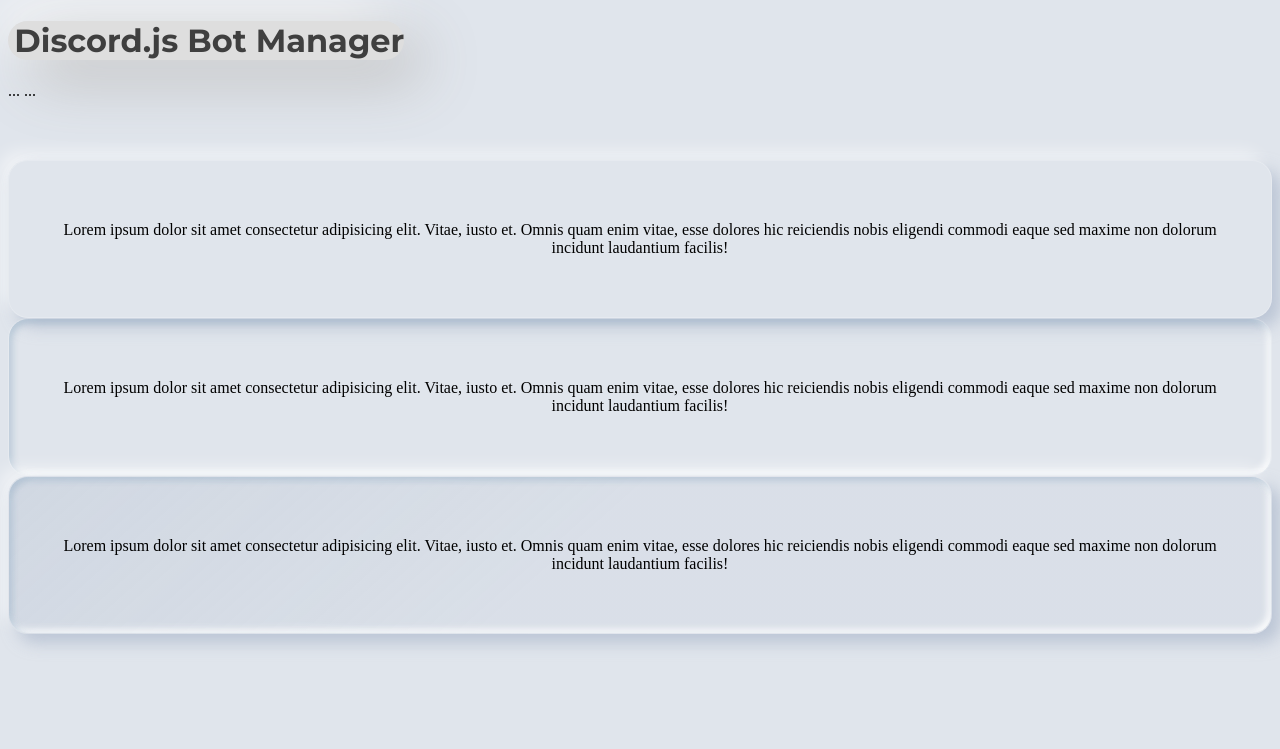
Repository: O-Schell/Discord-Bot-Manager
Page: Web_Interface/main.HTML
The author's editor kept a copy of each file at every save. The page is drawn from the files as they stood at one save, then again after the next save.
The browser window is 1280 px wide. The pictures show the whole page.
The style sheet was rebuilt from its Sass, Less or Tailwind sources for each picture, by a compiler version that may differ from the author's.

Above is the page before, as saved 2020-11-22 23:31:14.
Not found: Web_Interface/script.js

### Web_Interface/main.HTML
<!DOCTYPE html>
<html lang="fr">

<head>
    <meta charset="utf-8" />
    <title>Titre de la page</title>
    <link rel="stylesheet" href="style.css" />
    <script src="script.js"></script>
</head>

<body>
    <div class="container">

        <h1>Discord.js Bot Manager </h1>
        ...
        <!-- Le reste du contenu -->
        ...
    </div>

    <div class="container wrapper">
        <div class="row">
          <div class="card-w col-md-4">
          <div class="card neumorphism">
          <div class="card__icon">

          </div>
          <div class="card__text">
            Lorem ipsum dolor sit amet consectetur adipisicing elit. Vitae, iusto et. Omnis quam enim vitae, esse dolores hic reiciendis nobis eligendi commodi eaque sed maxime non dolorum incidunt laudantium facilis!
          </div>
        </div>
        </div>
          <div class="card-w col-md-4">
          <div class="card inset">
          <div class="card__icon">

          </div>
          <div class="card__text">
            Lorem ipsum dolor sit amet consectetur adipisicing elit. Vitae, iusto et. Omnis quam enim vitae, esse dolores hic reiciendis nobis eligendi commodi eaque sed maxime non dolorum incidunt laudantium facilis!
          </div>
        </div>
        </div>
           <div class="card-w col-md-4">
          <div class="card active">
          <div class="card__icon">

          </div>
          <div class="card__text">
            Lorem ipsum dolor sit amet consectetur adipisicing elit. Vitae, iusto et. Omnis quam enim vitae, esse dolores hic reiciendis nobis eligendi commodi eaque sed maxime non dolorum incidunt laudantium facilis!
          </div>
        </div>
        </div>
        </div>

      </div>

</body>

</html>

### Web_Interface/style.scss
@import url("https://fonts.googleapis.com/css?family=Montserrat:400,700&display=swap");

body {
  background-color: #dedede;
}
h1 {
  font-size: 2.5vw;
  padding-left: 0.5%;
  width: max-content;
  font-family: "Montserrat";
  border-radius: 25px;
  background: #dedede;
  box-shadow: 20px 20px 60px #bdbdbd, -20px -20px 60px #ffffff;
  color: #3f3f3f;
}

/* variables */
$bkg: #f7f8fc;
$l-grad-hex-100: #efeff6;
$l-grad-rgba-100: rgba(179, 202, 226, 0.28);

$d-grad-100: dark;

body {
  //background: linear-gradient(318.32deg, #C3D1E4 0%, #DDE7F3 55%, #D4E0ED 100%);
  background: #e0e5ec;
  min-height: 100vh;
}
.wrapper {
  margin: 60px auto;
}

.neumorphism {
  background-color: #e0e5ec;
  //dark
  box-shadow: 9px 9px 16px rgba(163, 177, 198, 0.6),
    -9px -9px 16px rgba(255, 255, 255, 0.5);
  //light
  //box-shadow: 4px 2px 16px rgba(136, 165, 191, 0.48), -4px -2px 16px #FFFFFF;
}

.card-w {
  .card {
    display: flex;
    flex-direction: column;
    align-items: center;
    padding: 60px 30px;
    border-radius: 30px;
    position: relative;
    background: transparent;
    border-radius: 20px;
    border: 1px solid rgba(255, 255, 255, 0.2);

    .card__icon {
    }
    .card__text {
      text-align: center;
    }
  }
}

/* inset */
.card.inset {
  box-shadow: inset 3px 3px 7px rgba(136, 165, 191, 0.48),
    inset -3px -3px 7px #ffffff;
  i {
    text-shadow: 1px 1px 1px #d6e1ef99, 0 0 0 #000, 1px 1px 1px #d6e1ef00;
  }
}

.card.active {
  box-shadow: 9px 9px 16px rgba(163, 177, 198, 0.6),
    -9px -9px 16px rgba(255, 255, 255, 0.5),
    inset 3px 3px 7px rgba(136, 165, 191, 0.48), inset -3px -3px 7px #ffffff;
  background: linear-gradient(
    318.32deg,
    rgba(163, 177, 198, 0.1) 0%,
    rgba(163, 177, 198, 0.1) 55%,
    rgba(163, 177, 198, 0.25) 100%
  );
}

After the next save:
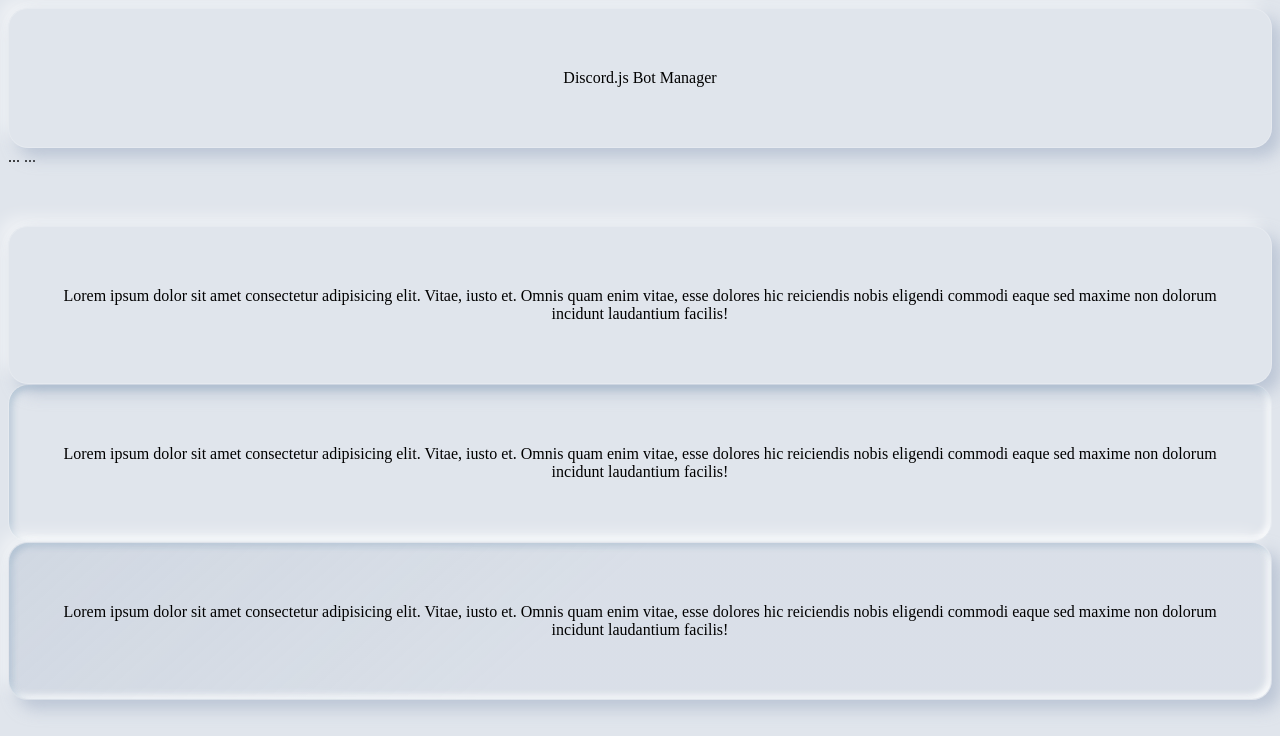
Saved 2 min 16 s later.
--- a/Web_Interface/main.HTML
+++ b/Web_Interface/main.HTML
@@ -1,58 +1,64 @@
 <!DOCTYPE html>
 <html lang="fr">
-
-<head>
+  <head>
     <meta charset="utf-8" />
     <title>Titre de la page</title>
     <link rel="stylesheet" href="style.css" />
     <script src="script.js"></script>
-</head>
+  </head>
 
-<body>
+  <body>
     <div class="container">
-
-        <h1>Discord.js Bot Manager </h1>
-        ...
-        <!-- Le reste du contenu -->
-        ...
+        <div class="row">
+            <div class="card-w col-md-4">
+              <div class="card neumorphism">
+                <div class="card__icon"></div>
+                <div class="card__text">
+                  Discord.js Bot Manager
+                </div>
+              </div>
+            </div>
+      ...
+      <!-- Le reste du contenu -->
+      ...
     </div>
 
     <div class="container wrapper">
-        <div class="row">
-          <div class="card-w col-md-4">
+      <div class="row">
+        <div class="card-w col-md-4">
           <div class="card neumorphism">
-          <div class="card__icon">
-
-          </div>
-          <div class="card__text">
-            Lorem ipsum dolor sit amet consectetur adipisicing elit. Vitae, iusto et. Omnis quam enim vitae, esse dolores hic reiciendis nobis eligendi commodi eaque sed maxime non dolorum incidunt laudantium facilis!
+            <div class="card__icon"></div>
+            <div class="card__text">
+              Lorem ipsum dolor sit amet consectetur adipisicing elit. Vitae,
+              iusto et. Omnis quam enim vitae, esse dolores hic reiciendis nobis
+              eligendi commodi eaque sed maxime non dolorum incidunt laudantium
+              facilis!
+            </div>
           </div>
         </div>
-        </div>
-          <div class="card-w col-md-4">
+        <div class="card-w col-md-4">
           <div class="card inset">
-          <div class="card__icon">
-
-          </div>
-          <div class="card__text">
-            Lorem ipsum dolor sit amet consectetur adipisicing elit. Vitae, iusto et. Omnis quam enim vitae, esse dolores hic reiciendis nobis eligendi commodi eaque sed maxime non dolorum incidunt laudantium facilis!
+            <div class="card__icon"></div>
+            <div class="card__text">
+              Lorem ipsum dolor sit amet consectetur adipisicing elit. Vitae,
+              iusto et. Omnis quam enim vitae, esse dolores hic reiciendis nobis
+              eligendi commodi eaque sed maxime non dolorum incidunt laudantium
+              facilis!
+            </div>
           </div>
         </div>
-        </div>
-           <div class="card-w col-md-4">
+        <div class="card-w col-md-4">
           <div class="card active">
-          <div class="card__icon">
-
-          </div>
-          <div class="card__text">
-            Lorem ipsum dolor sit amet consectetur adipisicing elit. Vitae, iusto et. Omnis quam enim vitae, esse dolores hic reiciendis nobis eligendi commodi eaque sed maxime non dolorum incidunt laudantium facilis!
+            <div class="card__icon"></div>
+            <div class="card__text">
+              Lorem ipsum dolor sit amet consectetur adipisicing elit. Vitae,
+              iusto et. Omnis quam enim vitae, esse dolores hic reiciendis nobis
+              eligendi commodi eaque sed maxime non dolorum incidunt laudantium
+              facilis!
+            </div>
           </div>
         </div>
-        </div>
-        </div>
-
       </div>
-
-</body>
-
+    </div>
+  </body>
 </html>
